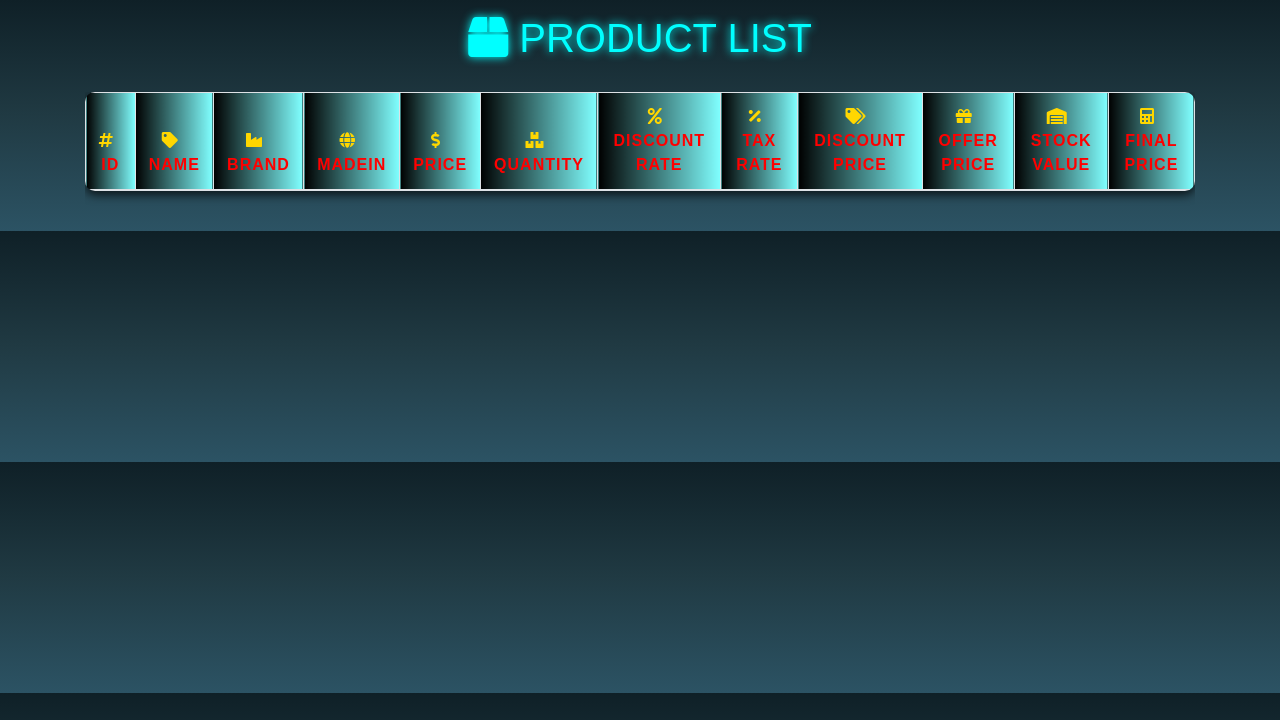
Repository: Ravi-kishor-09/Ravi-projects
Page: http://localhost/product-list
The author's editor kept a copy of each file at every save. The page is drawn from the files as they stood at one save, then again after the next save.
The browser window is 1280 px wide. The pictures show the whole page.
The page is this project's Thymeleaf template; nobody is signed in. The template is opened directly, without the code that normally fills it, so the values that code supplies are empty.

Above is the page before, as saved 2024-12-20 19:28:05.

After the next save:
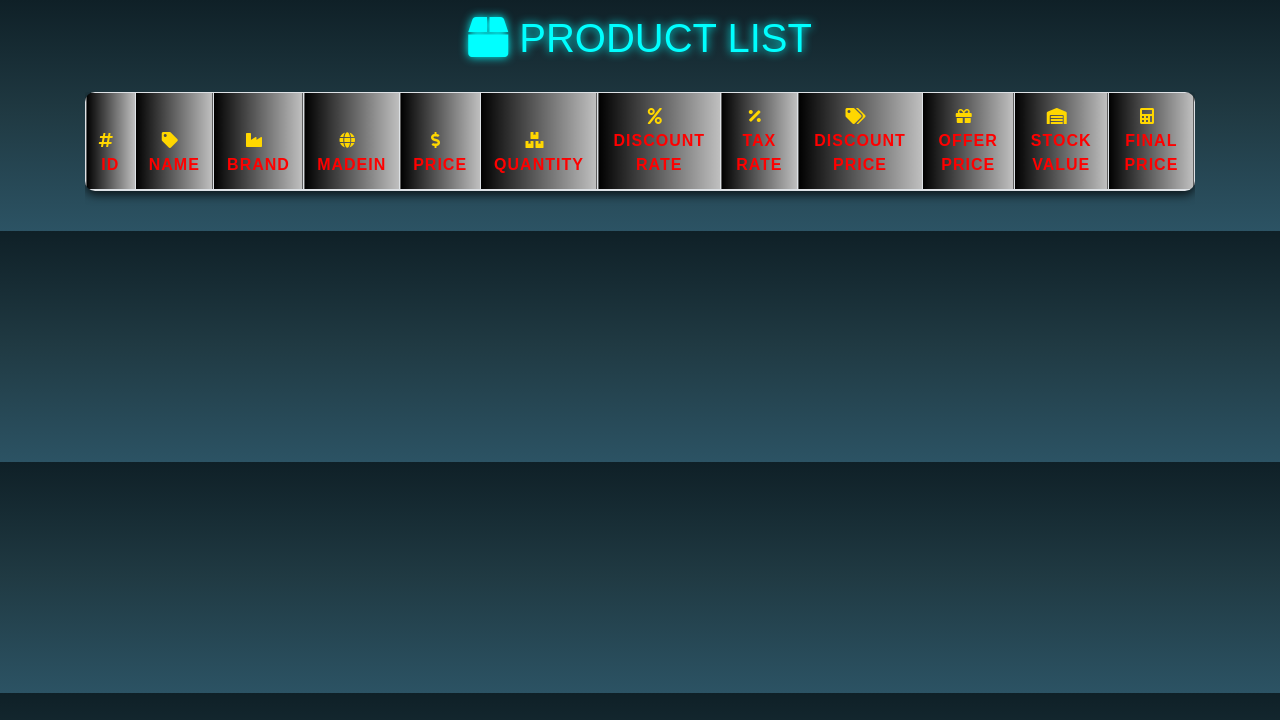
Saved 41 s later.
--- a/spring1/src/main/resources/templates/product-list.html
+++ b/spring1/src/main/resources/templates/product-list.html
@@ -34,7 +34,7 @@
             box-shadow: 0 4px 10px rgba(0, 0, 0, 0.7);
         }
         thead th {
-            background: linear-gradient(90deg, rgb(0, 0, 0), rgb(128, 255, 255));
+            background: linear-gradient(90deg, rgb(0, 0, 0), rgb(192, 192, 192));
             color: rgb(255, 0, 0);
             font-weight:bolder;
             text-transform: uppercase;

After the save that followed:
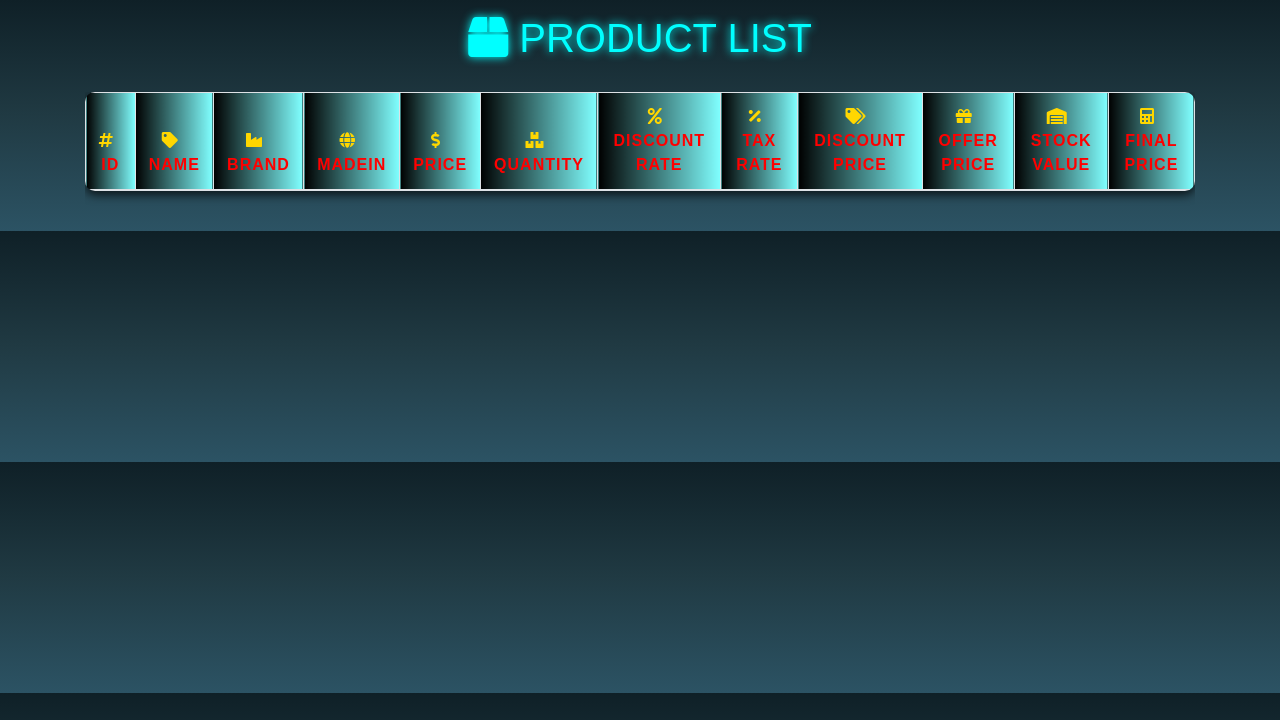
Saved 19 s later.
--- a/spring1/src/main/resources/templates/product-list.html
+++ b/spring1/src/main/resources/templates/product-list.html
@@ -34,7 +34,7 @@
             box-shadow: 0 4px 10px rgba(0, 0, 0, 0.7);
         }
         thead th {
-            background: linear-gradient(90deg, rgb(0, 0, 0), rgb(192, 192, 192));
+            background: linear-gradient(90deg, rgb(0, 0, 0), rgb(128, 255, 255));
             color: rgb(255, 0, 0);
             font-weight:bolder;
             text-transform: uppercase;
